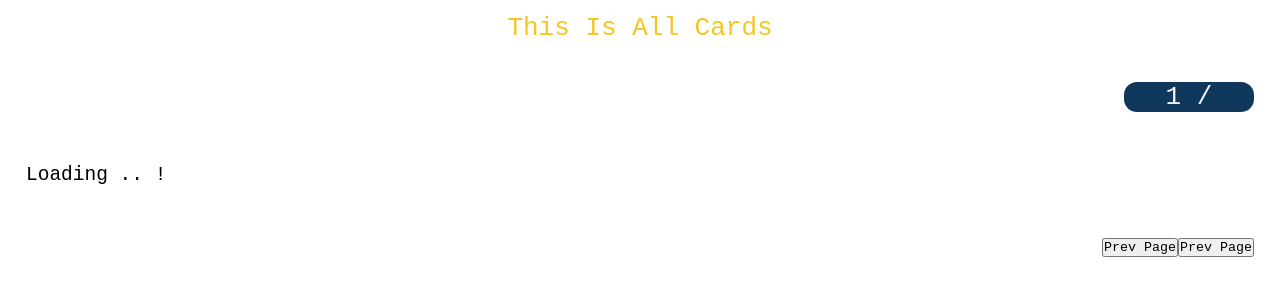
Repository: rehamtaher10/reactQueryTask
Page: /
These files come from the project's save history. The page is drawn as it stood at one moment and after a run of saves; the edit follows.
The browser window is 1280 px wide. The pictures show the whole page.
The page's requests for data from a server got no answer. The project was rebuilt for these pictures with package versions that can differ from the ones it lists, and the page was loaded fresh each time. No one was signed in, and anything a server would have sent is missing. Also part of the build but not shown: vite.config.js.

Above is the page before, as saved 2024-12-07 20:17:06.

After the next 6 saves:
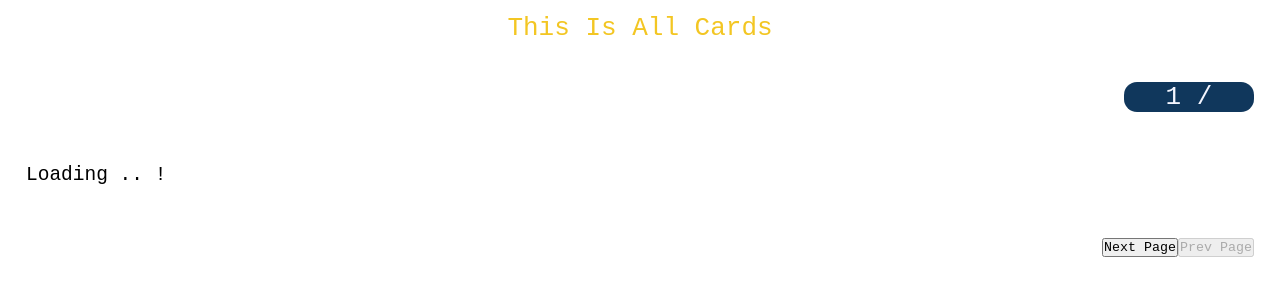
The 6 saves are shown as one change because they came seconds apart.
The last was saved 16 s later.
--- a/src/App.jsx
+++ b/src/App.jsx
@@ -40,8 +40,8 @@ function App() {
         )}
       </div>
       <div className="pagination">
-        <button>Prev Page</button>
-        <button>Prev Page</button>
+        <button disabled>Prev Page</button>
+        <button>Next Page</button>
 
       </div>
     </>
